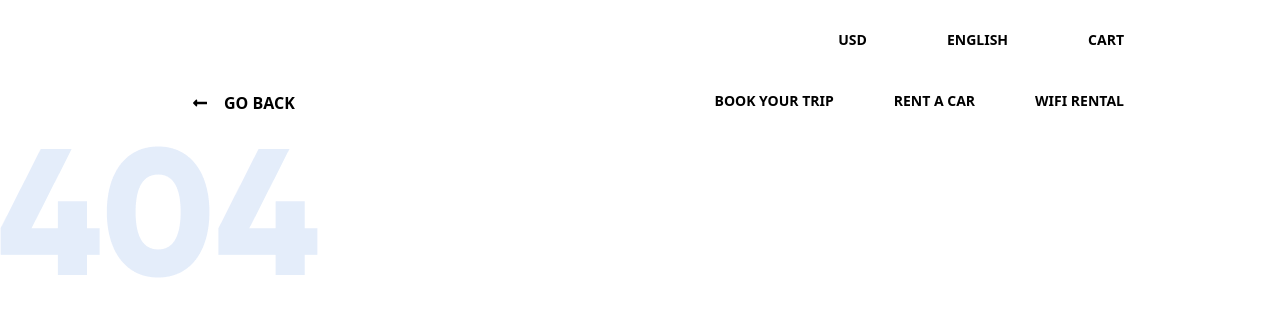
Repository: uh-sman/Iceland
Page: /
An editor plug-in stored every save of this project. The page is shown before and after the next save, followed by the edit.
The browser window is 1280 px wide. The pictures show the whole page.
The project was rebuilt for these pictures with package versions that can differ from the ones it lists, and the page was loaded fresh each time.

Above is the page before, as saved 2022-09-08 21:24:56.

### src/App.js
import logo from "./logo.svg";
import "./App.css";
import { Topnav } from "./components/Topnav";
import { FullNav } from "./components/FullNav";

function App() {
  return (
    <div className="App">
      <FullNav />
    </div>
  );
}

export default App;

### src/components/Topnav.js
import React from "react";

export const Topnav = () => {
  return (
    <div className="container w-full py-[30px]">
      <nav className="absolute right-[156px]">
        <ul className="space-x-20 text-sm font-semibold">
          <a href="">USD</a>
          <a href="">ENGLISH</a>
          <a href="">CART</a>
        </ul>
      </nav>
    </div>
  );
};

### src/components/FullNav.jsx
import React from "react";
import { Bottomnav } from "./Bottomnav";
import { Hero } from "./Hero";
import { Topnav } from "./Topnav";

export const FullNav = () => {
  return (
    <div>
      <Topnav />
      <Bottomnav />
      <Hero />
    </div>
  );
};

### src/components/Bottomnav.js
import React from "react";
import { FaLongArrowAltLeft } from "react-icons/fa";
export const Bottomnav = () => {
  return (
    <nav className="container w-full">
      <div className="py-[31px]">
        <div className="container">
          <h1 className="flex items-center gap-4 absolute left-[192px]">
            <FaLongArrowAltLeft />
            <a className=" cursor-pointer font-semibold text-md">GO BACK</a>
          </h1>
        </div>
        <div className="container">
          <div className="absolute right-[156px]">
            <ul className="space-x-[60px] text-sm font-semibold cursor-pointer">
              <a>BOOK YOUR TRIP</a>
              <a>RENT A CAR</a>
              <a>WIFI RENTAL</a>
            </ul>
          </div>
        </div>
      </div>
    </nav>
  );
};

### src/components/Hero.js
import React from "react";
import four from "../Assets/404.png";
export const Hero = () => {
  return (
    <div>
      <div>
        <img src={four} className="absolute left-[] top-[146px]" />
      </div>
    </div>
  );
};

### tailwind.config.js
/** @type {import('tailwindcss').Config} */
module.exports = {
  content: ["./src/**/*.{html,js,jsx}"],
  theme: {
    screens: {
      sm: "480px",
      md: "768px",
      lg: "976px",
      xl: "1440px",
    },
    extend: {},
  },
  plugins: [],
};

Loaded but not shown: public/index.html (common file); src/index.js (common file); src/index.css (common file); src/App.css (common file)

After the next save:
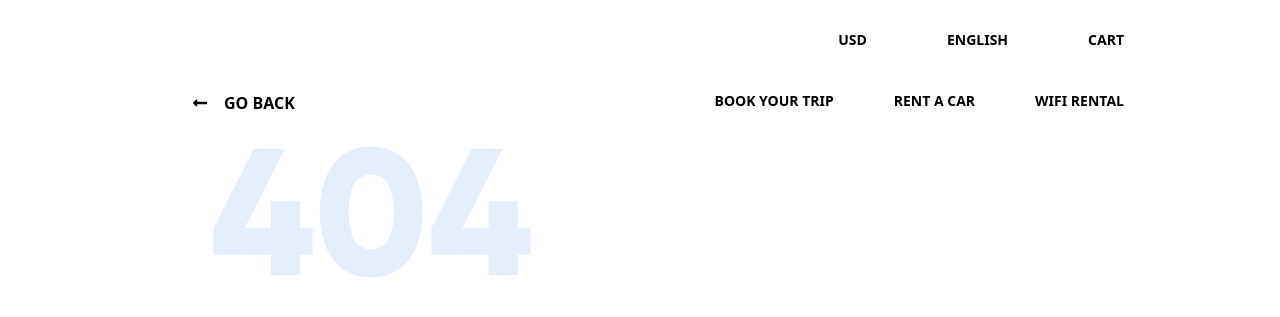
Saved 38 s later.
--- a/src/components/Hero.js
+++ b/src/components/Hero.js
@@ -4,7 +4,7 @@ export const Hero = () => {
   return (
     <div>
       <div>
-        <img src={four} className="absolute left-[] top-[146px]" />
+        <img src={four} className="absolute left-[213px] top-[146px]" />
       </div>
     </div>
   );
